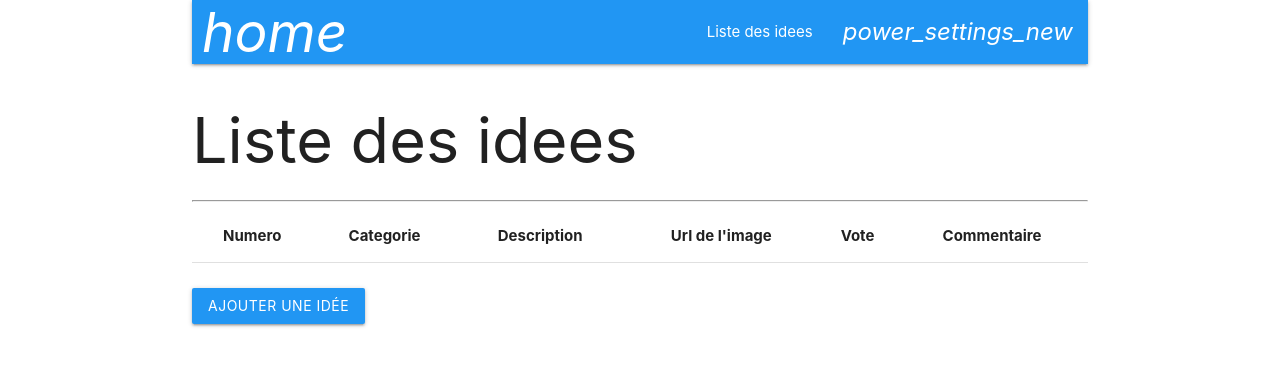
Repository: thdal/Atelier_JEE_16_02
Page: http://localhost/Atelier_JEE_16_02/WEB-INF/pages/IdeeInnovante/ListIdee.jsp
The author's editor kept a copy of each file at every save. The page is drawn from the files as they stood at one save, then again after the next save.
The browser window is 1280 px wide. The pictures show the whole page.
The page is served by Tomcat 9. Nobody is signed in. The template is opened directly, without the code that normally fills it, so the values that code supplies are empty.

Above is the page before, as saved 2021-02-26 04:29:06.

After the next save:
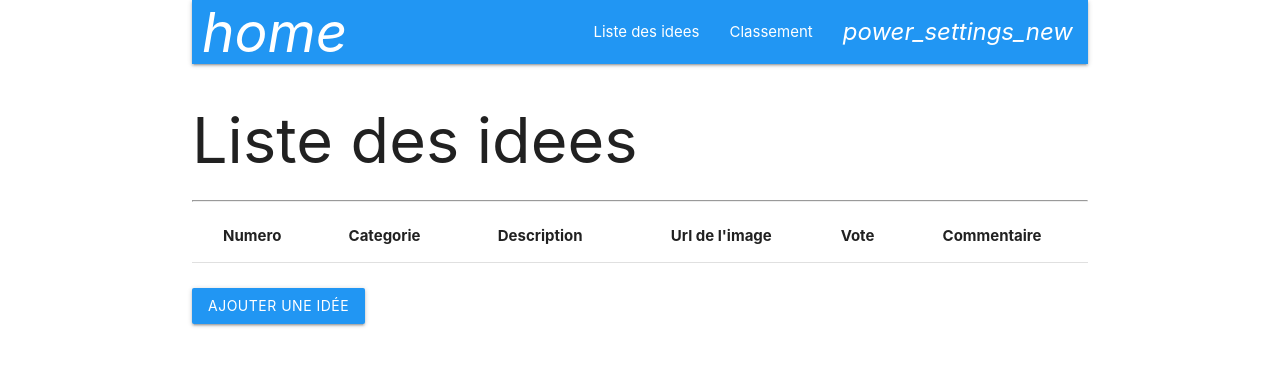
Saved 70 s later.
--- a/Atelier_JEE_16_02/src/main/webapp/WEB-INF/pages/commons/MenuNavBar.jsp
+++ b/Atelier_JEE_16_02/src/main/webapp/WEB-INF/pages/commons/MenuNavBar.jsp
@@ -13,6 +13,7 @@
         	<li><a href="user?action=list">Liste des utilisateurs</a></li>
     	</c:if>
         <li><a href="idees?action=list">Liste des idees</a></li>
+        <li><a href="idees?action=list">Classement</a></li>
         <li><a href="connexion"><i class="material-icons prefix">power_settings_new</i></a></li>
 
         <!-- <li><a href="users?action=list">Liste des utilisateurs</a></li>  -->
